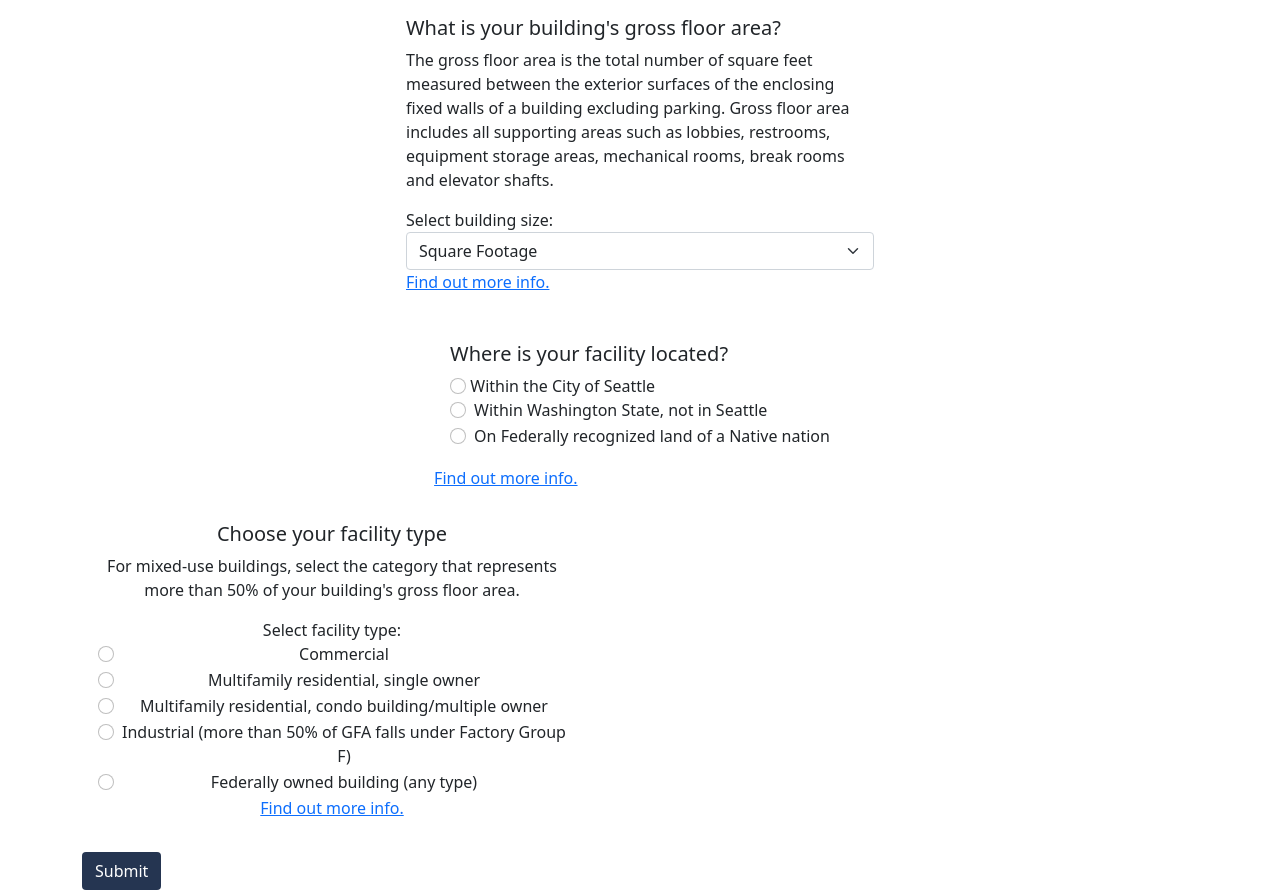
Repository: ChaidGPT/SershonSystemsQuiz
Page: index.html
An editor plug-in stored every save of this project. The page is shown before and after the next save, followed by the edit.
The browser window is 1280 px wide. The pictures show the whole page.

Above is the page before, as saved 2023-07-07 10:56:06.

### index.html
<!DOCTYPE html>
<html>

<head>
	<meta charset="utf-8">
	<title>Quiz</title>
	<link rel="stylesheet" href="https://cdn.jsdelivr.net/npm/bootstrap@5.0.2/dist/css/bootstrap.min.css">
	<style>
	.card {
		max-width: 500px;
        border: none;
	}

	.card-column {
		display: flex;
		flex-direction: column;
		align-items: center;
	}
    .btn {
        color: white;
        background-color: #253551;
    }
	</style>
</head>

<body>
	<div class="container">

		<!-- Question 1 Card -->
		<div class="row">
			<div class="col">
				<div class="card-column">
					<div class="card mb-3">
						<div class="card-body">
							<h5 class="card-title">What is your building's gross floor area?</h5>
							<p class="card-text">The gross floor area is the total number of square feet measured between the exterior surfaces of the enclosing fixed walls of a building excluding parking. Gross floor area includes all supporting areas such as lobbies, restrooms, equipment storage areas, mechanical rooms, break rooms and elevator shafts.</p>
							<div class="form-group">
								<label for="buildingSize">Select building size:</label>
								<select id="buildingSize" type="number" class="form-select dropdown">
									<option value="">Square Footage</option>
									<option value="under20k">less than 20k square feet</option>
									<option value="20kTo30k">20k - 30k square feet</option>
									<option value="30kTo50k">30k - 50k square feet</option>
									<option value="50kTo70k">50k - 70k square feet</option>
									<option value="70kTo90k">70k - 90k square feet</option>
									<option value="90kTo100k">90k - 100k square feet</option>
									<option value="100kTo200k">100k - 200k square feet</option>
									<option value="200kTo220k">200k - 220k square feet</option>
									<option value="over220k">over 220k square feet</option>
								</select>
							</div> <a href="" target="_blank">Find out more info.</a> </div>
					</div>
					<!-- Question 1 Card End -->

					<!-- Question 2 Card -->
					<div class="card mb-3">
                        <div class="card-body">
                            <h5 class="card-title">Where is your facility located?</h5>
                            <div class="form-group">
                                    <input type="radio" id="seattle" name="buildingLocation" value="seattle" class="form-check-input">
                                    <label for="seattle" class="form-check-label">Within the City of Seattle</label>
                                </div>
                                <div class="form-check">
                                    <input type="radio" id="washington" name="buildingLocation" value="washington" class="form-check-input">
                                    <label for="washington" class="form-check-label">Within Washington State, not in Seattle</label>
                                </div>
                                <div class="form-check">
                                    <input type="radio" id="native" name="buildingLocation" value="native" class="form-check-input">
                                    <label for="native" class="form-check-label">On Federally recognized land of a Native nation</label>
                                </div>
                            </div>
                            <a href="" target="_blank">Find out more info.</a>
                        </div>
                    </div>
					<!-- Question 2 Card End -->

					<!-- Question 3 Card -->
<div class="card mb-3 text-center">
    <div class="card-body">
        <h5 class="card-title">Choose your facility type</h5>
        <p class="card-text">For mixed-use buildings, select the category that represents more than 50% of your building's gross floor area.</p>
        <div class="form-group">
            <label for="facilityType">Select facility type:</label>
            <div class="form-check">
                <input type="radio" id="commercial" name="facilityType" value="commercial" class="form-check-input">
                <label for="commercial" class="form-check-label">Commercial</label>
            </div>
            <div class="form-check">
                <input type="radio" id="MFsingle" name="facilityType" value="MFsingle" class="form-check-input">
                <label for="MFsingle" class="form-check-label">Multifamily residential, single owner</label>
            </div>
            <div class="form-check">
                <input type="radio" id="MFmultiple" name="facilityType" value="MFmultiple" class="form-check-input">
                <label for="MFmultiple" class="form-check-label">Multifamily residential, condo building/multiple owner</label>
            </div>
            <div class="form-check">
                <input type="radio" id="industrial" name="facilityType" value="industrial" class="form-check-input">
                <label for="industrial" class="form-check-label">Industrial (more than 50% of GFA falls under Factory Group F)</label>
            </div>
            <div class="form-check">
                <input type="radio" id="federal" name="facilityType" value="federal" class="form-check-input">
                <label for="federal" class="form-check-label">Federally owned building (any type)</label>
            </div>
        </div>
        <a href="" target="_blank">Find out more info.</a>
    </div>
</div>
<!-- Question 3 Card End -->


                    <button type="submit" class="btn">Submit</button>
				</div>
			</div>
		</div>
	</div>

	<script src="https://cdn.jsdelivr.net/npm/bootstrap@5.0.2/dist/js/bootstrap.bundle.min.js"></script>
	<script>
	// Add custom JavaScript here if needed
	</script>

</body>

</html>

After the next save:
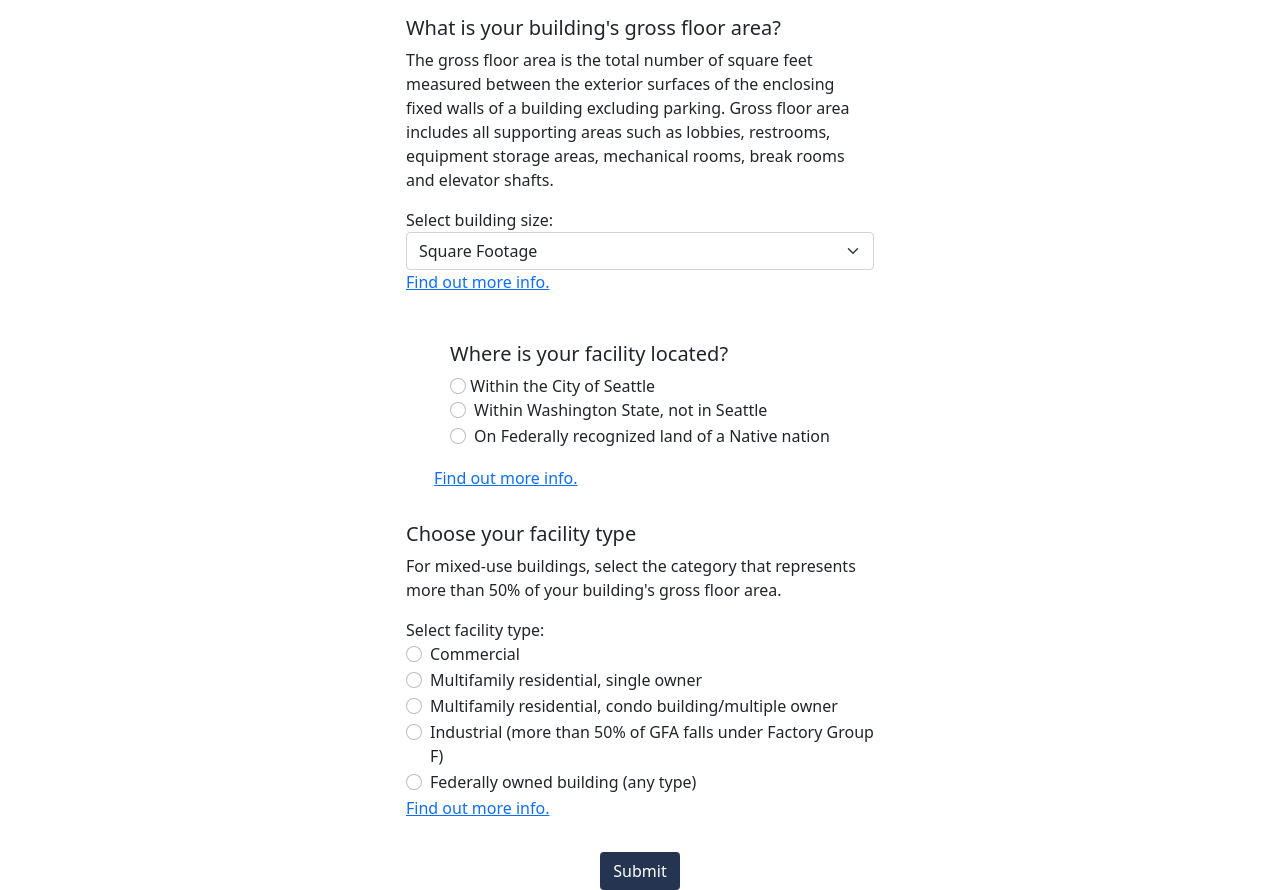
Saved 81 s later.
--- a/index.html
+++ b/index.html
@@ -28,7 +28,7 @@
 
 		<!-- Question 1 Card -->
 		<div class="row">
-			<div class="col">
+			<div class="card-column">
 				<div class="card-column">
 					<div class="card mb-3">
 						<div class="card-body">
@@ -75,7 +75,7 @@
 					<!-- Question 2 Card End -->
 
 					<!-- Question 3 Card -->
-<div class="card mb-3 text-center">
+<div class="card mb-3">
     <div class="card-body">
         <h5 class="card-title">Choose your facility type</h5>
         <p class="card-text">For mixed-use buildings, select the category that represents more than 50% of your building's gross floor area.</p>
